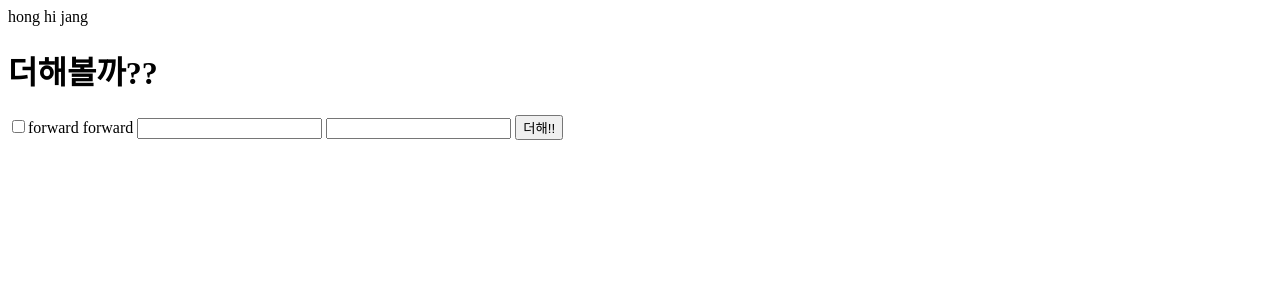
Repository: bgmun01/woorifisa_java
Page: http://localhost/web_day3/
An editor plug-in stored every save of this project. The page is shown before and after the next save, followed by the edit.
The browser window is 1280 px wide. The pictures show the whole page.
The page is served by Tomcat 9.

Above is the page before, as saved 2023-06-16 03:12:38.

After the next save:
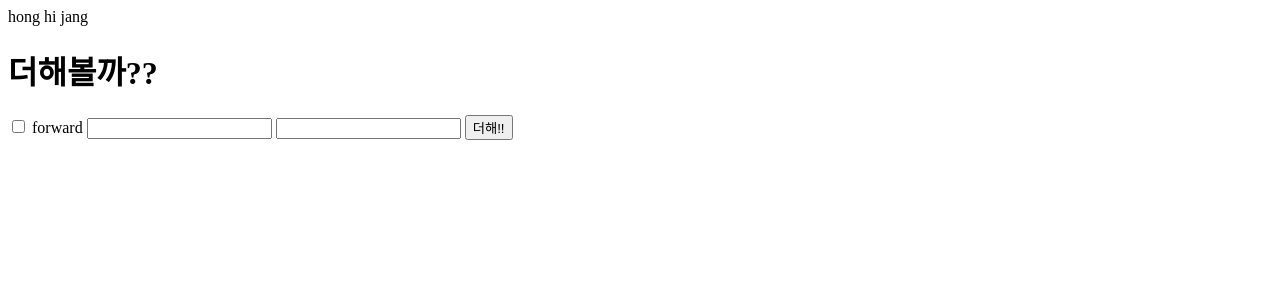
Saved 11 s later.
--- a/web_day3/src/main/webapp/index.jsp
+++ b/web_day3/src/main/webapp/index.jsp
@@ -26,7 +26,7 @@
 
 	<h1>더해볼까??</h1>
 	<form action = "/web_day3/Add" method="get">
-		<input type = "checkbox" name = "type" value = "forward" id = "type">forward
+		<input type = "checkbox" name = "type" value = "forward" id = "type">
 		<label for = "type"> forward </label>
 		<input name = "num1" type="text">
 		<input name = "num2" type="text">
